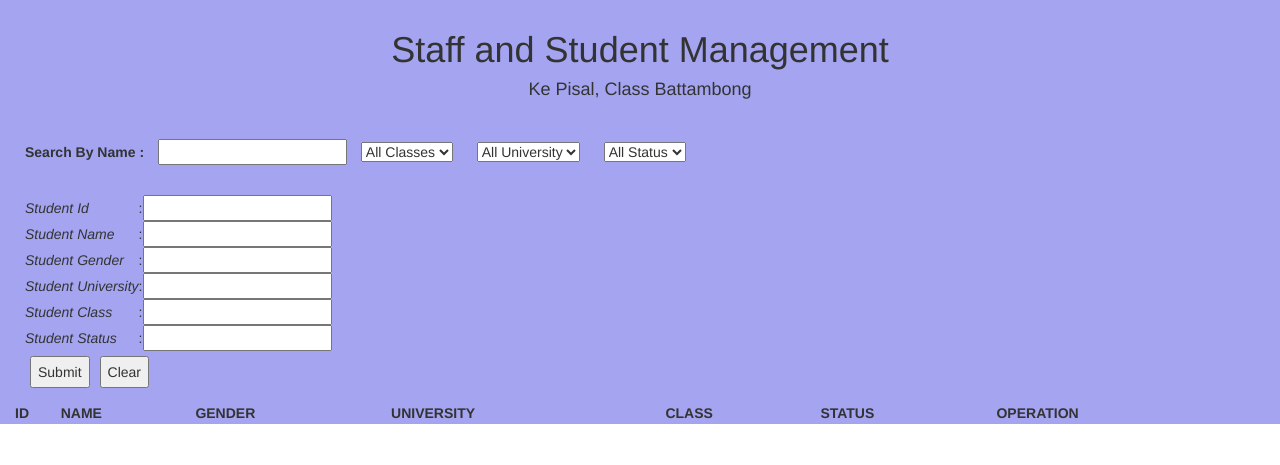
Repository: kepisal/ServletJAVA
Page: http://localhost/AjaxStaffandStudent/
The author's editor kept a copy of each file at every save. The page is drawn from the files as they stood at one save, then again after the next save.
The browser window is 1280 px wide. The pictures show the whole page.
The page is served by Tomcat 9. Queries for data that is not in the repository find no rows.

Above is the page before, as saved 2015-07-10 16:35:47.

After the next save:
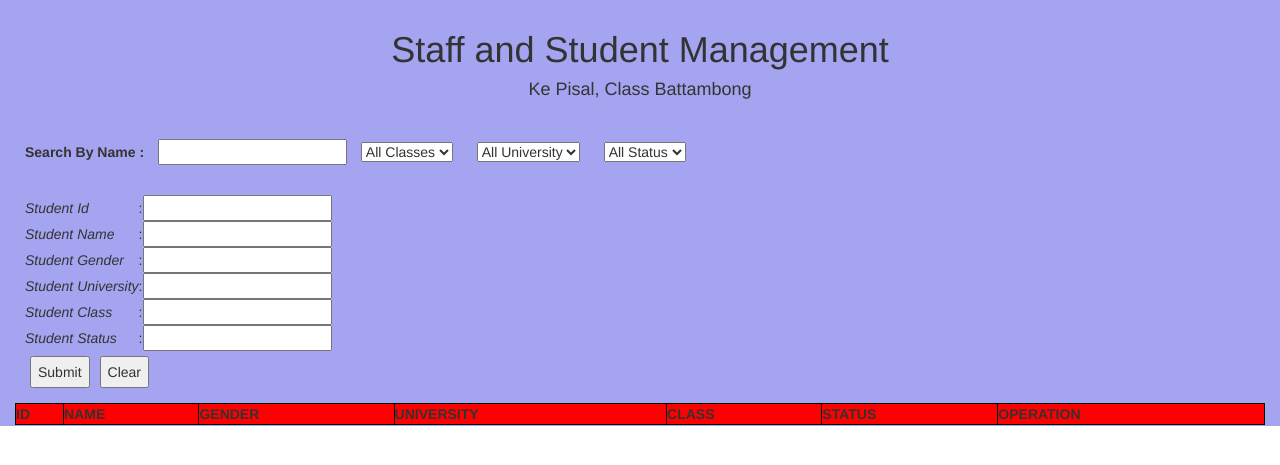
Saved 19 s later.
--- a/AjaxStaffandStudent/WebContent/index.jsp
+++ b/AjaxStaffandStudent/WebContent/index.jsp
@@ -28,7 +28,7 @@ option {
 	height: 23px;
 }
 
-.mytb td{
+.mytb td, .mytb th{
 	background-color:red;
 	border: 1px solid black;
 	border-collapse: collapse;
